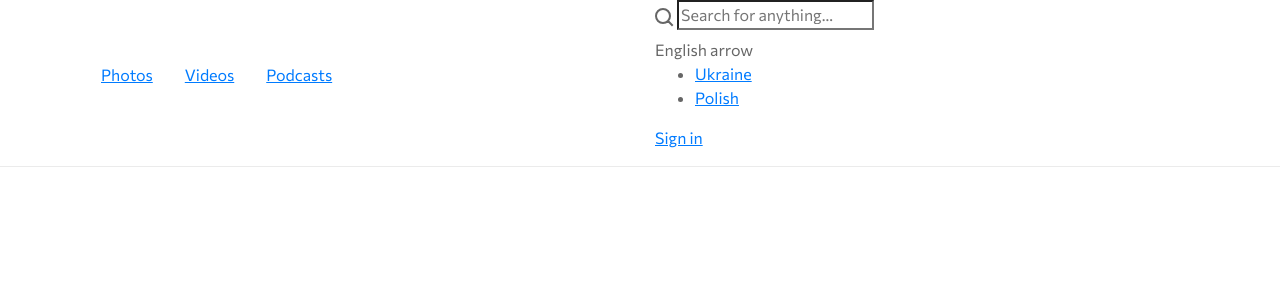
Repository: densavi/djinni
Page: index.html
The author's editor kept a copy of each file at every save. The page is drawn from the files as they stood at one save, then again after the next save.
The browser window is 1280 px wide. The pictures show the whole page.
The style sheet was rebuilt from its Sass, Less or Tailwind sources for each picture, by a compiler version that may differ from the author's.

Above is the page before, as saved 2023-04-10 21:27:03.
Console error (its wording comes from the project's code and is left out).

### index.html
<!DOCTYPE html>
<html lang="en">
<head>
  <meta charset="UTF-8">
  <meta http-equiv="X-UA-Compatible" content="IE=edge">
  <meta name="viewport" content="width=device-width, initial-scale=1.0">
  <title>Photos</title>
  <link rel="stylesheet" href="https://cdn.jsdelivr.net/npm/bootstrap@4.6.2/dist/css/bootstrap.min.css" integrity="sha384-xOolHFLEh07PJGoPkLv1IbcEPTNtaed2xpHsD9ESMhqIYd0nLMwNLD69Npy4HI+N" crossorigin="anonymous">
  <link rel="stylesheet" href="css/style.css">
</head>
<body>

  <header class="header">
    <div class="container">
      <div class="row d-flex justify-content-between align-items-center">
        <div class="col">
          <nav class="header__nav">
            <ul class="nav">
              <li class="nav-item">
                <a class="nav-link active" aria-current="page" href="#">Photos</a>
              </li>
              <li class="nav-item">
                <a class="nav-link" href="#">Videos</a>
              </li>
              <li class="nav-item">
                <a class="nav-link" href="#">Podcasts</a>
              </li>
            </ul>
          </nav>
        </div>
        <div class="col">
          <label for="search" class="header__search">
            <img src="img/search.svg" alt="Search">
            <input type="search" placeholder="Search for anything...">
          </label>
          <div class="header__lang">
            <span>
              English
              arrow
            </span>
            <ul class="header__lang--list">
              <li><a href="#">Ukraine</a></li>
              <li><a href="#">Polish</a></li>
            </ul>
          </div>
          <a href="#" class="header__sign-in">Sign in</a>
        </div>
      </div>
    </div>
  </header>

  <script src="https://cdn.jsdelivr.net/npm/bootstrap@4.6.2/dist/js/bootstrap.min.js" integrity="sha384-+sLIOodYLS7CIrQpBjl+C7nPvqq+FbNUBDunl/OZv93DB7Ln/533i8e/mZXLi/P+" crossorigin="anonymous"></script>
  <script src="js/main.js"></script>
</body>
</html>

### css/style.scss
@import url('https://fonts.googleapis.com/css2?family=Commissioner:wght@400;700&display=swap');

@import 'vars';
@import 'typo';

@import 'components/header';

### css/_vars.scss
$darkBlack: #292929;
$lightGrey: #666666;

$orange: #ED7135;

$mainFont: 'Commissioner', sans-serif;

### css/_typo.scss
body {
  font: 16px/24px $mainFont;
  color: $lightGrey;
}

a {
  color: $mainFont;
  text-decoration: underline;
  &:hover {
    text-decoration: none;
  }
}

### css/components/_header.scss
.header {
  border-bottom: 1px solid #EBEBEB;
  padding-bottom: 16px;
}

Loaded but not shown: js/main.js (no stored copy; drawn as an empty file)

After the next save:
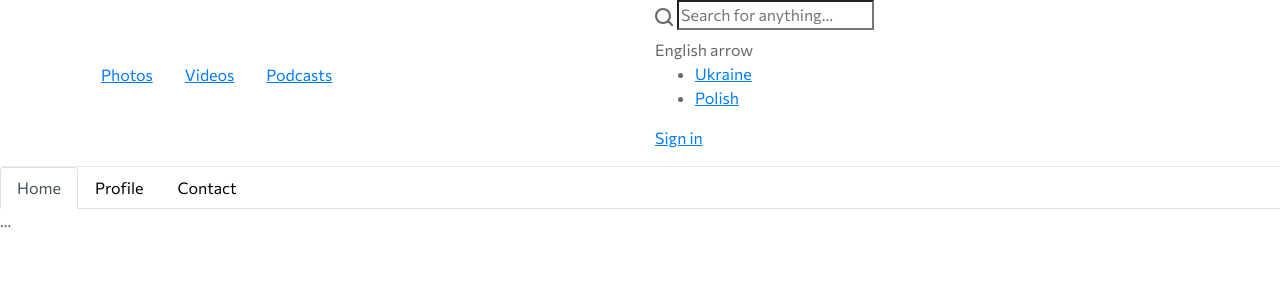
Saved 84 s later.
--- a/index.html
+++ b/index.html
@@ -49,6 +49,26 @@
     </div>
   </header>
 
+
+  <div class="wrapper">
+    <ul class="nav nav-tabs" id="myTab" role="tablist">
+      <li class="nav-item" role="presentation">
+        <button class="nav-link active" id="home-tab" data-bs-toggle="tab" data-bs-target="#home" type="button" role="tab" aria-controls="home" aria-selected="true">Home</button>
+      </li>
+      <li class="nav-item" role="presentation">
+        <button class="nav-link" id="profile-tab" data-bs-toggle="tab" data-bs-target="#profile" type="button" role="tab" aria-controls="profile" aria-selected="false">Profile</button>
+      </li>
+      <li class="nav-item" role="presentation">
+        <button class="nav-link" id="contact-tab" data-bs-toggle="tab" data-bs-target="#contact" type="button" role="tab" aria-controls="contact" aria-selected="false">Contact</button>
+      </li>
+    </ul>
+    <div class="tab-content" id="myTabContent">
+      <div class="tab-pane fade show active" id="home" role="tabpanel" aria-labelledby="home-tab">...</div>
+      <div class="tab-pane fade" id="profile" role="tabpanel" aria-labelledby="profile-tab">...</div>
+      <div class="tab-pane fade" id="contact" role="tabpanel" aria-labelledby="contact-tab">...</div>
+    </div>
+  </div>
+
   <script src="https://cdn.jsdelivr.net/npm/bootstrap@4.6.2/dist/js/bootstrap.min.js" integrity="sha384-+sLIOodYLS7CIrQpBjl+C7nPvqq+FbNUBDunl/OZv93DB7Ln/533i8e/mZXLi/P+" crossorigin="anonymous"></script>
   <script src="js/main.js"></script>
 </body>
